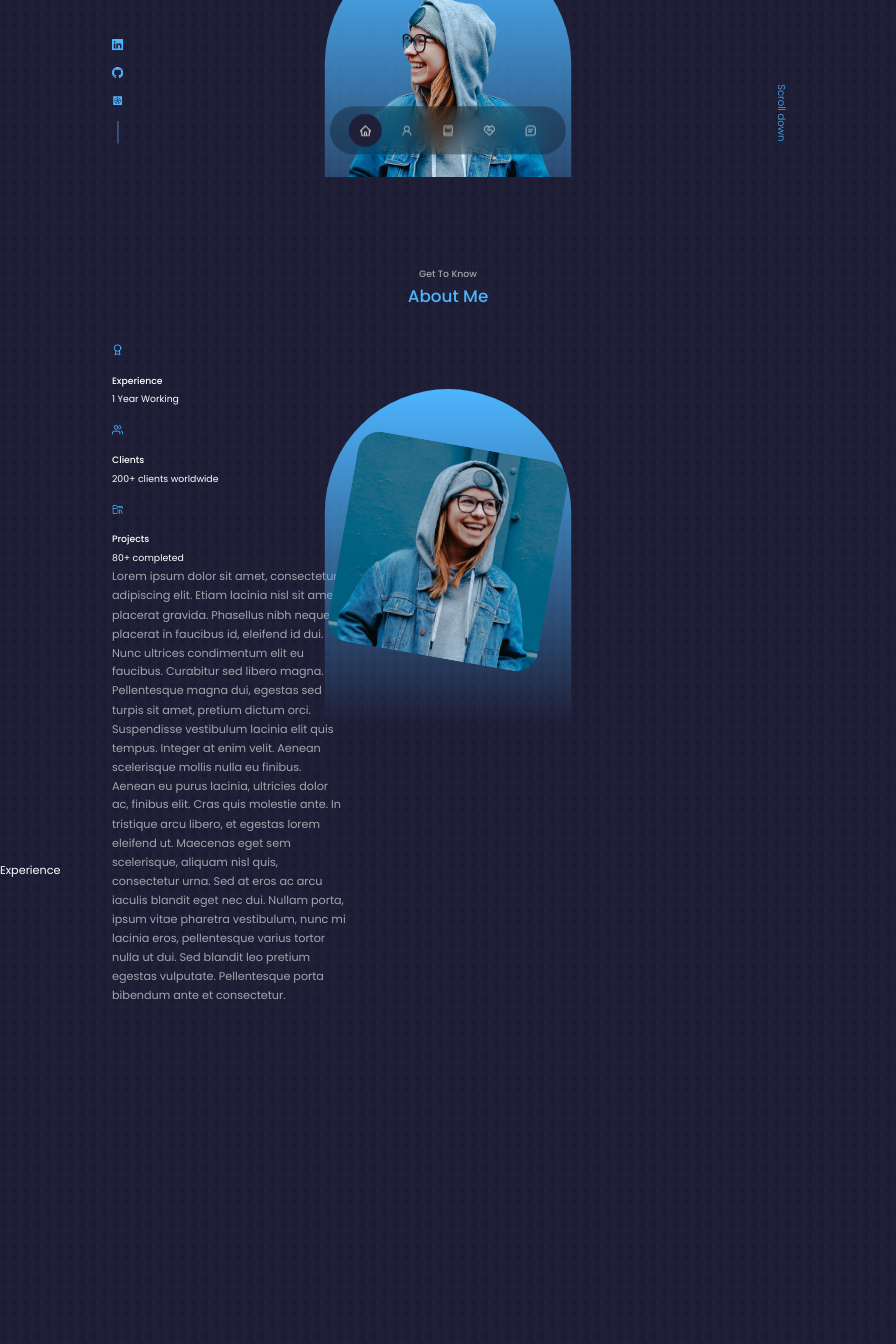
Repository: smallchungus/resumeWebsite
Page: / (app in hello/)
An editor plug-in stored every save of this project. The page is shown before and after the next save, followed by the edit.
The browser window is 1280 px wide. The pictures show the part of the page from y = 467 to 2387 px (the page is 5835 px tall), at 70% of full size.
The project was rebuilt for these pictures with package versions that can differ from the ones it lists, and the page was loaded fresh each time. Also part of the build but not shown: hello/src/components/experience/experience.css, hello/src/components/portfolio/portfolio.css, hello/src/components/contact/contact.css, hello/src/components/footer/footer.css. Imported but missing from the stored project, and not drawn on this page: hello/src/assets/cv.pdf.

Above is the page before, as saved 2023-03-23 18:18:08.

After the next save:
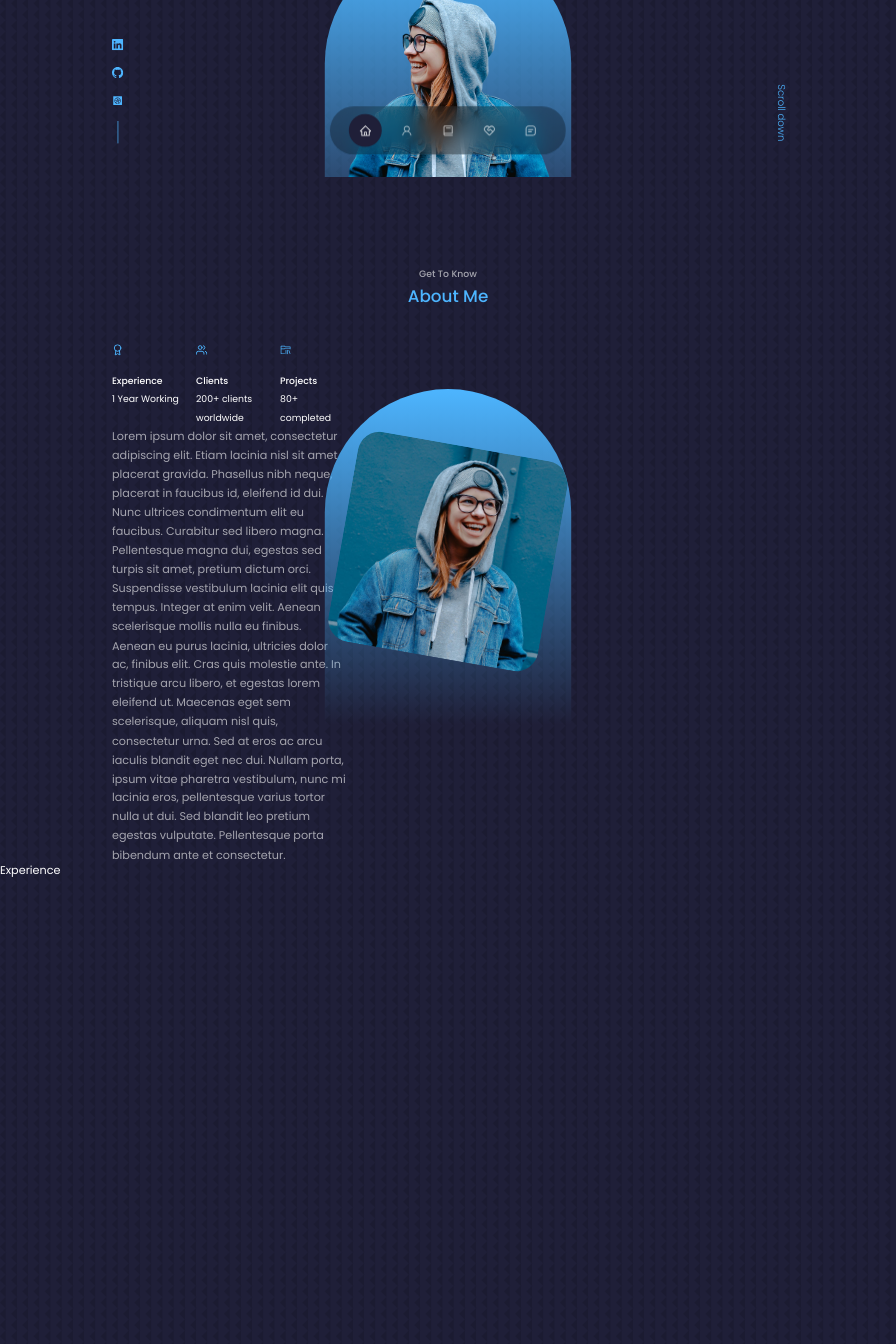
Saved 66 s later.
--- a/hello/src/components/about/about.css
+++ b/hello/src/components/about/about.css
@@ -32,7 +32,7 @@
 
 .about_cards{
     display: grid;
-    grid-template-columns: repeat(3, lfr);
+    grid-template-columns: repeat(3, 1fr);
     gap: 1.5rem;
 }
 
